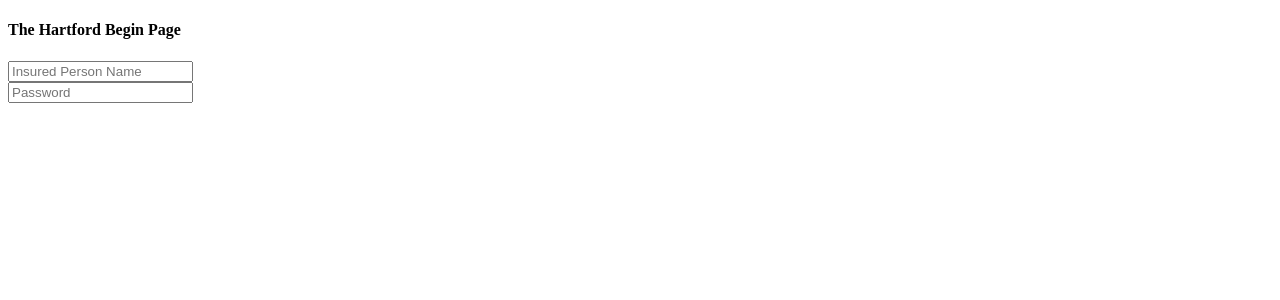
Repository: Narendranelango/JavaEE
Page: http://localhost/ServletNaren/begin.jsp
An editor plug-in stored every save of this project. The page is shown before and after the next save, followed by the edit.
The browser window is 1280 px wide. The pictures show the whole page.
The page is served by Tomcat 9. Other server files are loaded and not shown.

Above is the page before, as saved 2021-12-30 11:50:04.

### ServletNaren/src/main/webapp/begin.jsp
<%@ page language="java" contentType="text/html; charset=ISO-8859-1"
    pageEncoding="ISO-8859-1"%>
<!DOCTYPE html>
<html>
<head>
<meta charset="ISO-8859-1">
<title>Insert title here</title>
</head>
<body>
	<h4>The Hartford Begin Page</h4>
<input type="text" placeholder="Insured Person Name"/><br>
<input type="password" placeholder="Password"/>
</body>
</html>

After the next save:
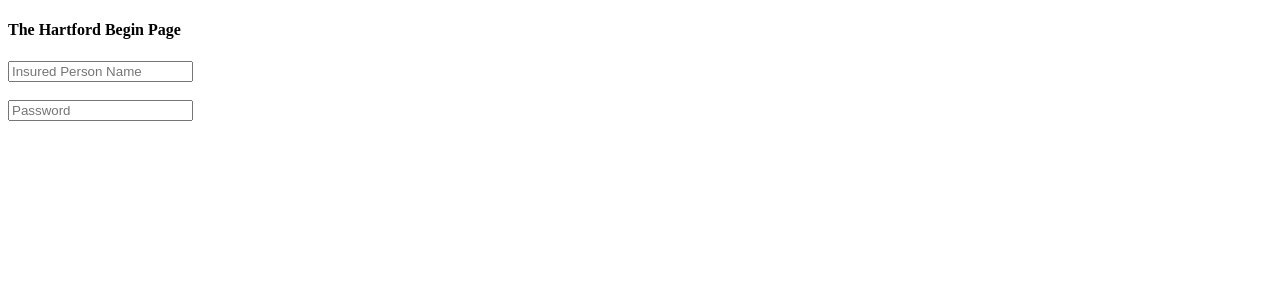
Saved 16 s later.
--- a/ServletNaren/src/main/webapp/begin.jsp
+++ b/ServletNaren/src/main/webapp/begin.jsp
@@ -8,7 +8,7 @@
 </head>
 <body>
 	<h4>The Hartford Begin Page</h4>
-<input type="text" placeholder="Insured Person Name"/><br>
+<input type="text" placeholder="Insured Person Name"/><br><br>
 <input type="password" placeholder="Password"/>
 </body>
 </html>
